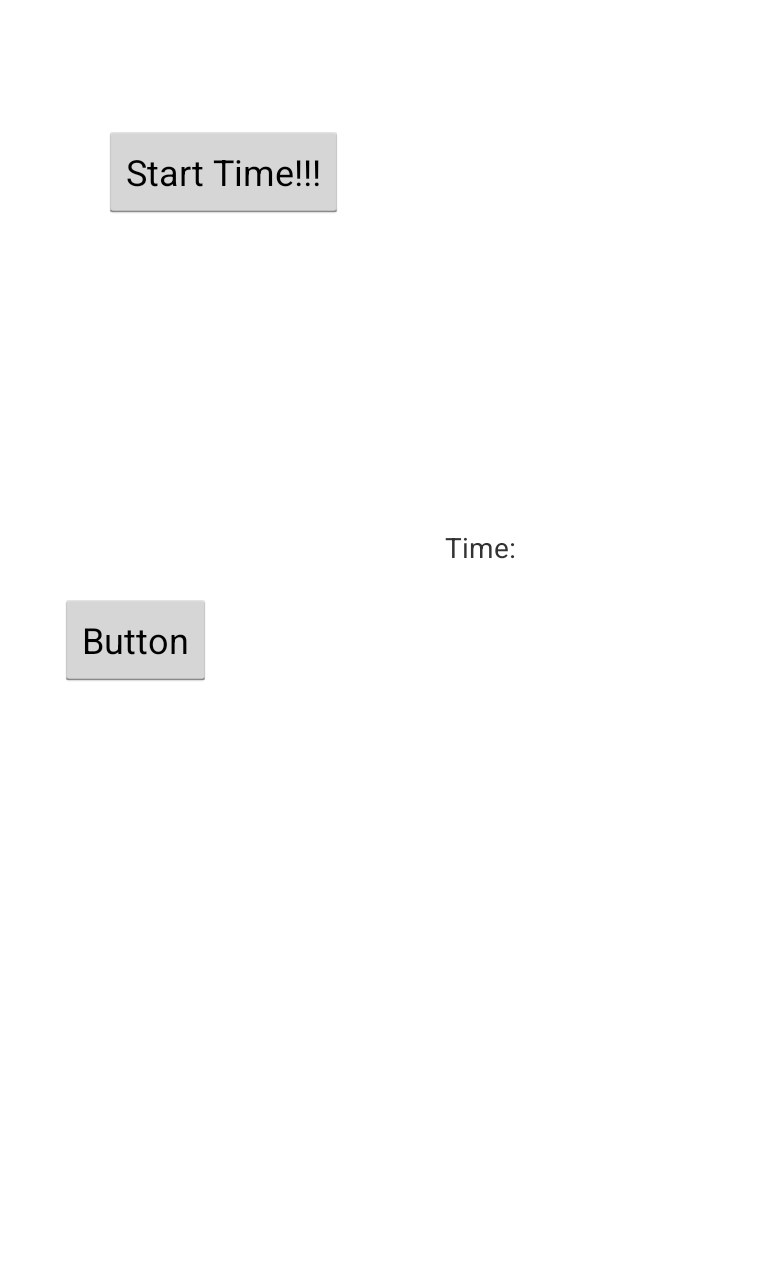
Repository: invader777/M-G
Layout: BrambrGambr/res/layout/activity_main_brambr.xml
An editor plug-in stored every save of this project. The layout is shown before and after the next save, followed by the edit.
It is drawn on a 768 x 1280 px phone screen (xhdpi) without system bars, with theme AppTheme; the app's code is not run.

Above is the layout before, as saved 2012-09-04 22:44:07.

After the next save:
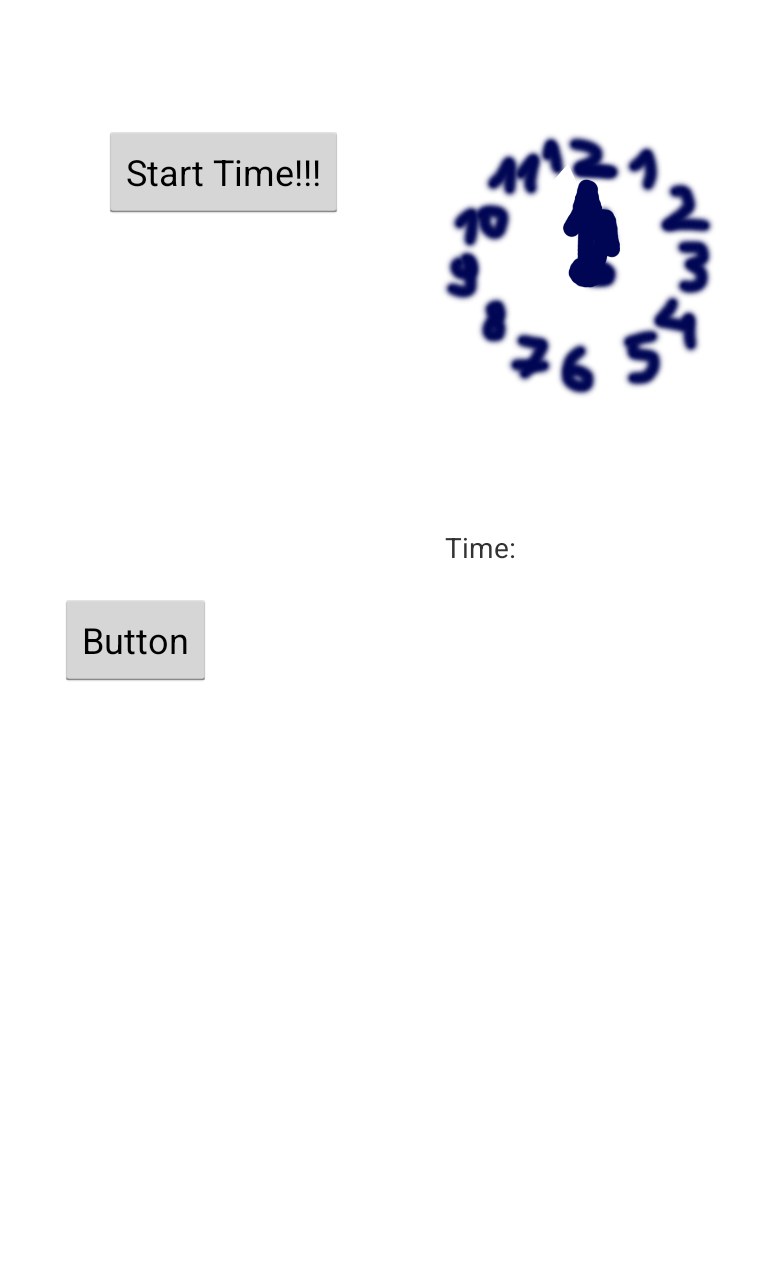
Saved 25 s later.
--- a/BrambrGambr/res/layout/activity_main_brambr.xml
+++ b/BrambrGambr/res/layout/activity_main_brambr.xml
@@ -35,4 +35,14 @@
         android:layout_marginLeft="29dp"
         android:text="Button" />
 
+    <ImageView
+        android:id="@+id/imageView1"
+        android:layout_width="wrap_content"
+        android:layout_height="wrap_content"
+        android:layout_above="@+id/button2"
+        android:layout_marginBottom="18dp"
+        android:layout_marginLeft="22dp"
+        android:layout_toRightOf="@+id/button1"
+        android:src="@drawable/h12" />
+
 </RelativeLayout>
